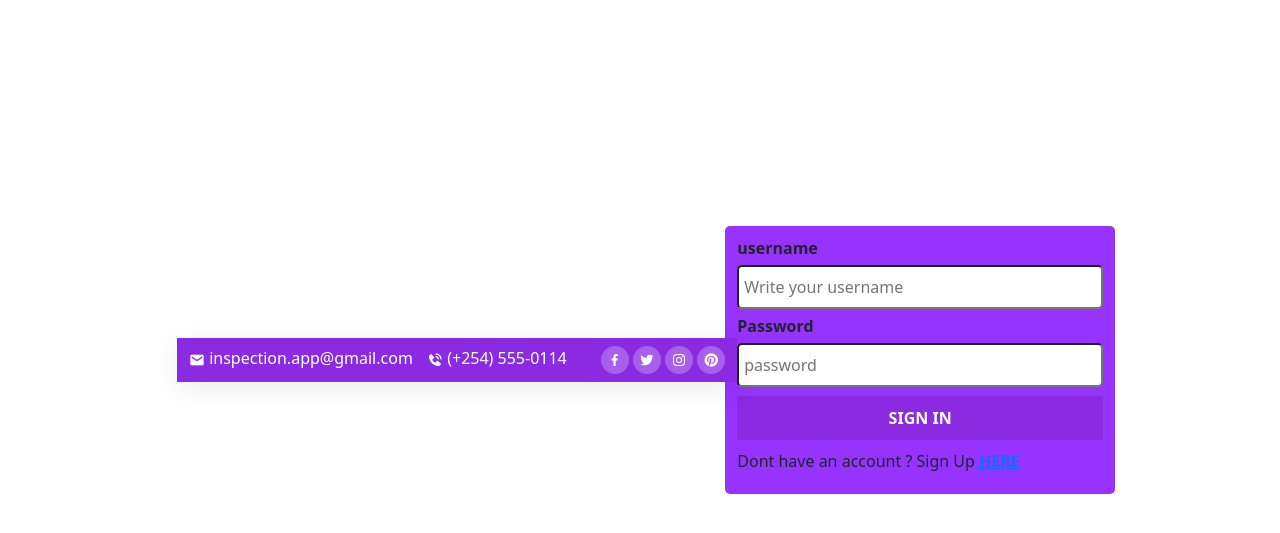
Repository: NDISHAW/Inspectionapp-rails
Page: public/signIn.html
These files come from the project's save history. The page is drawn as it stood at one moment and after the next save; the edit follows.
The browser window is 1280 px wide. The pictures show the whole page.

Above is the page before, as saved 2022-10-09 04:28:06.

After the next save:
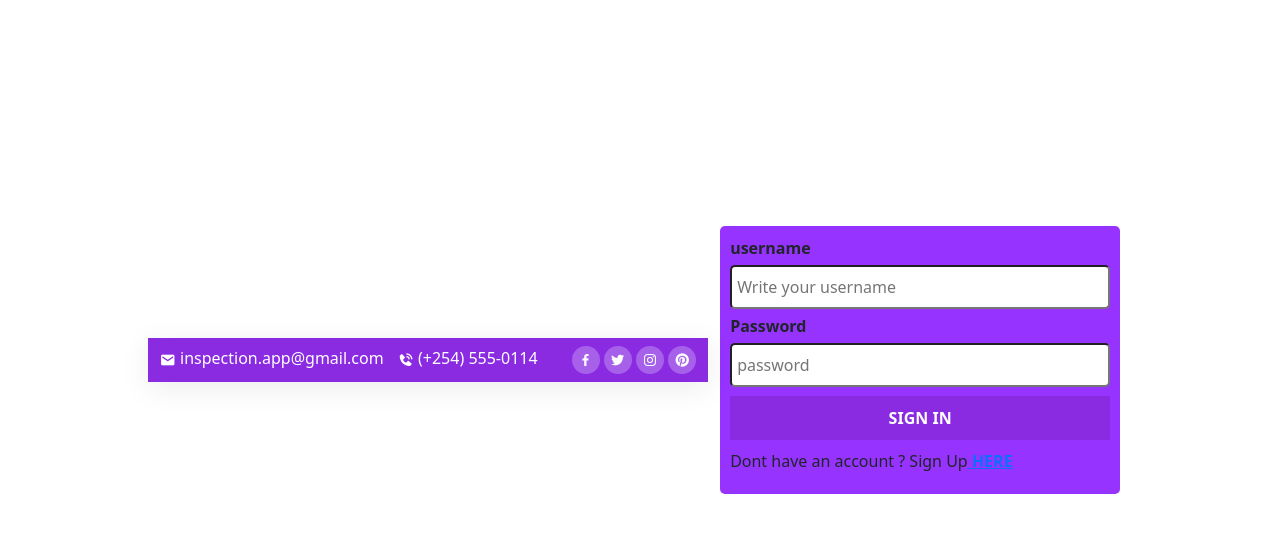
Saved 34 s later.
--- a/public/signIn.html
+++ b/public/signIn.html
@@ -36,7 +36,7 @@
       </div>
 
     <section id="about">
-      <div class="row justify-content-between">
+    <div class="container-fluid">
     <div class="form">
       <!-- Email  -->
       <div class="email">
